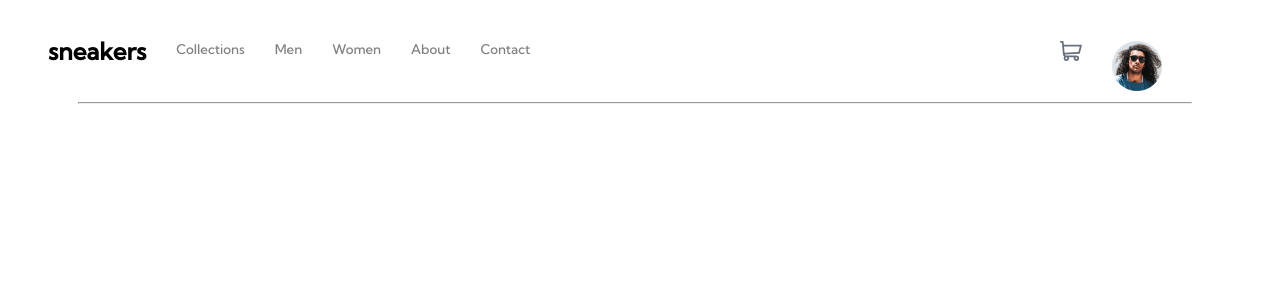
Repository: Abhi2359/frontendchallenge-2
Page: /
An editor plug-in stored every save of this project. The page is shown before and after the next save, followed by the edit.
The browser window is 1280 px wide. The pictures show the whole page.
The project was rebuilt for these pictures with package versions that can differ from the ones it lists, and the page was loaded fresh each time.

Above is the page before, as saved 2023-02-11 00:40:54.

### src/App.js
import Navbar from "./components/Navbar/Navbar";


function App() {
  return (
    <div className="App">
     <Navbar/>

    </div>
  );
}

export default App;

### src/components/Navbar/Navbar.js
import React from "react";
import "./Navbar.css";
import { ReactComponent as Cart } from "../assets/images/icon-cart.svg";
import avatar from "../assets/images/image-avatar.png";
const Navbar = () => {
  return (
    <header className="header">

        <nav className="navbar">
          <ul>
            <h1>sneakers</h1>
            <li>
              <a href="#">Collections</a>
            </li>
            <li>
              <a href="#">Men</a>
            </li>
            <li>
              <a href="#">Women</a>
            </li>
            <li>
              <a href="#">About</a>
            </li>
            <li>
              <a href="#">Contact</a>
            </li>
            <div class="cart">
              <li>
                <Cart />
              </li>
              <li>
                <img src={avatar} alt="avatar-logo" className="avatar" />
              </li>
            </div>
          </ul>
          <div className="hr_tag">

          <hr  className="horizontal-line"/>
          </div>



        </nav>

    </header>
  );
};

export default Navbar;

### src/components/Navbar/Navbar.css
@import url('https://fonts.googleapis.com/css2?family=Kumbh+Sans:wght@500&family=Poppins:ital,wght@0,300;0,400;0,500;1,600&display=swap');


.header{
     /* background-color: aqua; */
    height: 100px;
    margin-bottom: -30px;
}

.navigation{

   background-color: black;
}
.navbar{
    height: 100px;
    /* background-color: black; */
}
.navbar ul{
    display: flex;
    list-style-type: none;
    font-family: 'Kumbh Sans', sans-serif;
    height: 70px;



}
.navbar ul li{
    margin-top: 25px;
    margin-left: 30px;
    font-size: smaller;
}

.navbar ul li a{
 text-decoration: none;
 color: gray;
}

 h1{
    font-weight: 600;
 }

 .avatar{
    height: 50px;
    padding-bottom: 50px;
    flex-grow: 4;
 }
.cart{
    display: flex;
    margin-left: 500px;
}
 .hr_tag{
    position: relative;
    margin-left: 70px;
    margin-right: 80px;
    padding-bottom: 20px;
 }

Loaded but not shown: public/index.html (common file); src/index.js (common file)

After the next save:
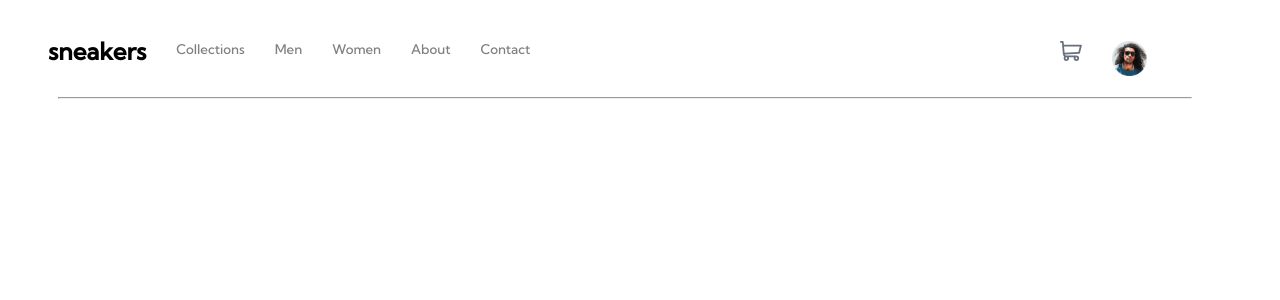
Saved 8 min 23 s later.
--- a/src/components/Navbar/Navbar.css
+++ b/src/components/Navbar/Navbar.css
@@ -19,7 +19,7 @@
     display: flex;
     list-style-type: none;
     font-family: 'Kumbh Sans', sans-serif;
-    height: 70px;
+    height: 65px;
 
 
 
@@ -50,7 +50,10 @@
 }
  .hr_tag{
     position: relative;
-    margin-left: 70px;
+    margin-left: 50px;
     margin-right: 80px;
     padding-bottom: 20px;
  }
+ .cart li img{
+    height: 35px;
+ }
